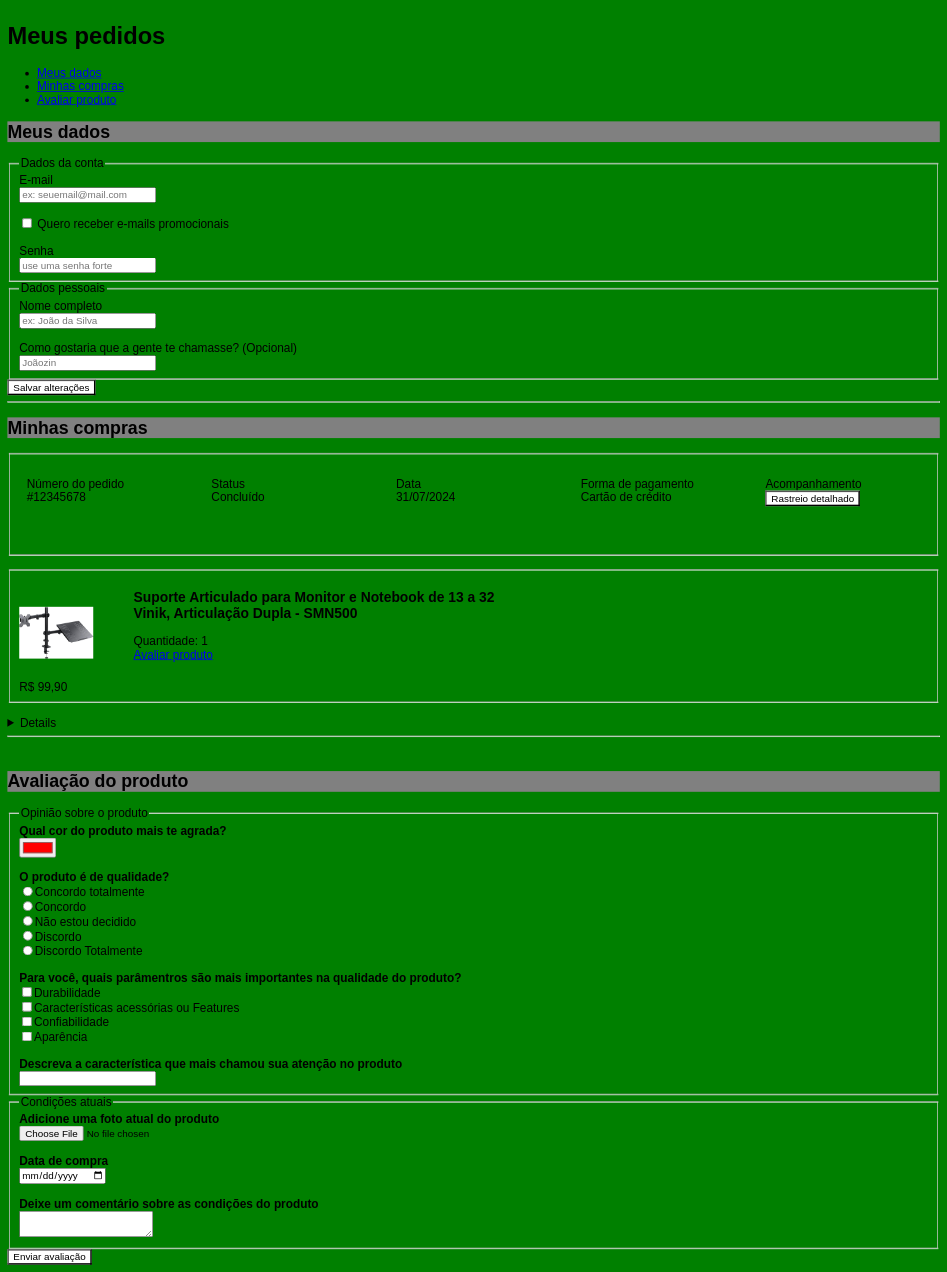
Repository: claudemir-camargo/site-compras
Page: index.html
The author's editor kept a copy of each file at every save. The page is drawn from the files as they stood at one save, then again after the next save.
The browser window is 1280 px wide. The pictures show the whole page, at 74% of full size.

Above is the page before, as saved 2024-03-10 00:47:02.

### index.html
<!DOCTYPE html>
<html lang="en">

<head>
    <meta charset="UTF-8">
    <meta name="viewport" content="width=device-width, initial-scale=1.0">
    <link rel="stylesheet" type="text/css" href="css/style.css" />
    <title>Site de Compras</title>
</head>

<body>
    <h1>Meus pedidos</h1>
    <ul>
        <li><a href="#meus-dados">Meus dados</a></li>
        <li><a href="#minhas-compras">Minhas compras</a></li>
        <li><a href="#avaliacao-produto">Avaliar produto</a></li>
    </ul>
    <h2 id="meus-dados">Meus dados</h2>
    <!-- Conta -->
    <fieldset>
        <legend>Dados da conta</legend>
        <form>
            <label>E-mail</label><br>
            <input type="email" id="email" name="email" placeholder="ex: seuemail@mail.com"><br><br>
            <input type="checkbox">
            <label>Quero receber e-mails promocionais</label><br><br>
            <label>Senha</label><br>
            <input type="password" placeholder="use uma senha forte">
        </form>
    </fieldset>
    <!-- Pessoais -->
    <fieldset>
        <legend>Dados pessoais</legend>
        <form>
            <label>Nome completo</label><br>
            <input type="text" placeholder="ex: João da Silva"><br><br>
            <label>Como gostaria que a gente te chamasse? (Opcional) </label><br>
            <input type="text" placeholder="Joãozin">
        </form>
    </fieldset>
    <button type="button">Salvar alterações</button>
    <hr>
    <!-- Minhas compras -->
    <h2 id="minhas-compras">Minhas compras</h2>
    <fieldset>
        <div class="container">
            <div id="div1">
                <p>Número do pedido<br>#12345678</p>
            </div>
            <div id="div2">
                <p>Status<br>Concluído</p>
            </div>
            <div id="div3">
                <p>Data<br>31/07/2024</p>
            </div>
            <div id="div4">
                <p>Forma de pagamento<br>Cartão de crédito</p>
            </div>
            <div id="div5">
                <p>Acompanhamento<br><a href="#rastreioModal"><button>Rastreio detalhado</button></a></p>
            </div>
        </div>
    </fieldset>
    <div id="rastreioModal" class="modal">
        <h2>Rastreio detalhado</h2>
        <p>Seu pedido foi entregue com sucesso!<br>
            Entregue por: GFL<br>
            Código de rasteeio: 123456789<br>
            Entregue em: 31/07/2024<br>
        </p>
        <a href="#">Fechar</a>
    </div>

    <!-- Produto -->
    <br>
    <fieldset>
        <div class="container1">
            <div class="imagem"><img src="img/suporte.jpg" alt="Suporte"></div>
        <div class="produto">
            <h3>
                <p>Suporte Articulado para Monitor e Notebook de 13 a 32 Vinik,
                    Articulação Dupla - SMN500</p>
            </h3>
            Quantidade: 1<br>
            <a href="#avaliacao-produto">Avaliar produto</a><br>
        </div>
        <div class="preco">R$ 99,90</div>
        </div>
    </fieldset>
    <br>
    <details tag="Detalhes de Envio e Pagamento">
        <p></p>
        <strong>Endereço de entrega</strong><br>
        Avenida Estelita Falcão<br>
        Número 12, Centro<br>
        CEP 48170-970 - Itapetininga/São Paulo
        <br><br>
        <strong>Forma de Pagamento</strong><br>
        Cartão de crédito<br>
        Master Card **** **** **** 1234<br>
        Titular: Claudemir Camargo
        <br><br>
        <strong>Frete</strong>
        R$ 15,50<br>
        Enviado por GFL<br>
        Entregue
    </details>
    <hr>
    <br>
    <form>
        <h2 id="avaliacao-produto">Avaliação do produto</h2>
        <fieldset>
            <legend>Opinião sobre o produto</legend>
            <label><strong>Qual cor do produto mais te agrada?</strong></label><br>
            <input type="color" value="#ff0000"><br><br>
            <label><strong>O produto é de qualidade?</strong></label><br>
            <input type="radio" name="qualidade"><label>Concordo totalmente</label><br>
            <input type="radio" name="qualidade"><label>Concordo</label><br>
            <input type="radio" name="qualidade"><label>Não estou decidido</label><br>
            <input type="radio" name="qualidade"><label></label>Discordo</label><br>
            <input type="radio" name="qualidade"><label></label>Discordo Totalmente</label>
            <br><br>
            <label><strong>Para você, quais parâmentros são mais importantes na qualidade do
                    produto?</strong></label><br>
            <input type="checkbox"><label>Durabilidade</label><br>
            <input type="checkbox"><label>Características acessórias ou Features</label><br>
            <input type="checkbox"><label>Confiabilidade</label><br>
            <input type="checkbox"><label>Aparência</label>
            <br><br>
            <label><strong>Descreva a característica que mais chamou sua atenção no produto</strong></label><br>
            <input list="browsers" name="browser" id="browser">
            <datalist id="browsers">
                <option value="Cor">
                <option value="Tamanho">
                <option value="Peso">
                <option value="Material">
            </datalist>
        </fieldset>
        <fieldset>
            <legend>Condições atuais</legend>
            <label><strong>Adicione uma foto atual do produto</strong></label><br>
            <input type="file">
            <br><br>
            <label><strong>Data de compra</strong></label><br>
            <input type="date">
            <br><br>
            <label><strong>Deixe um comentário sobre as condições do produto</strong></label><br>
            <textarea name="comentario"></textarea>
        </fieldset>
        <button type="button">Enviar avaliação</button>
    </form>
</body>

</html>

### css/style.css
* {
    font-family: Arial, Helvetica, sans-serif;
}

h2 {
    border-top: 30px black;
    background-color: gray;
}

img {
    height: 70px;
    width: 100px;
}

body{
    margin: 5px;
    padding: 5px;
    background-color: green;
}

button {
    background-color:white;

}

.container {
    display: flex;
    gap: 20px;
}

#div1, #div2, #div3, #div4, #div5 {
    flex: 1;
    width: 100px;
    height: 100px;
    display: inline-block;
    padding: 10px;
}

.container1 {
    display: inline-block;
    /*gap: 33px;*/
}

#imagem, #produto, #preco {
    flex: 1;
    display: inline;
    padding: 10px;
}

.imagem {
    width: 150px;
    height: 100px;
    display: inline-block;
}

.produto {
    width: 500px;
    height: 100px;
    display: inline-block;
}

.modal {
    display: none;
    position: fixed;
    top: 50%;
    left: 50%;
    transform: translate(-50%, -50%);
    background-color: #f9f9f9;
    padding: 20px;
    border: 1px solid #ccc;
    box-shadow: 0 2px 10px rgba(0, 0, 0, 0.1);
    z-index: 1000;
}

.modal:target {
    display: block;
}

After the next save:
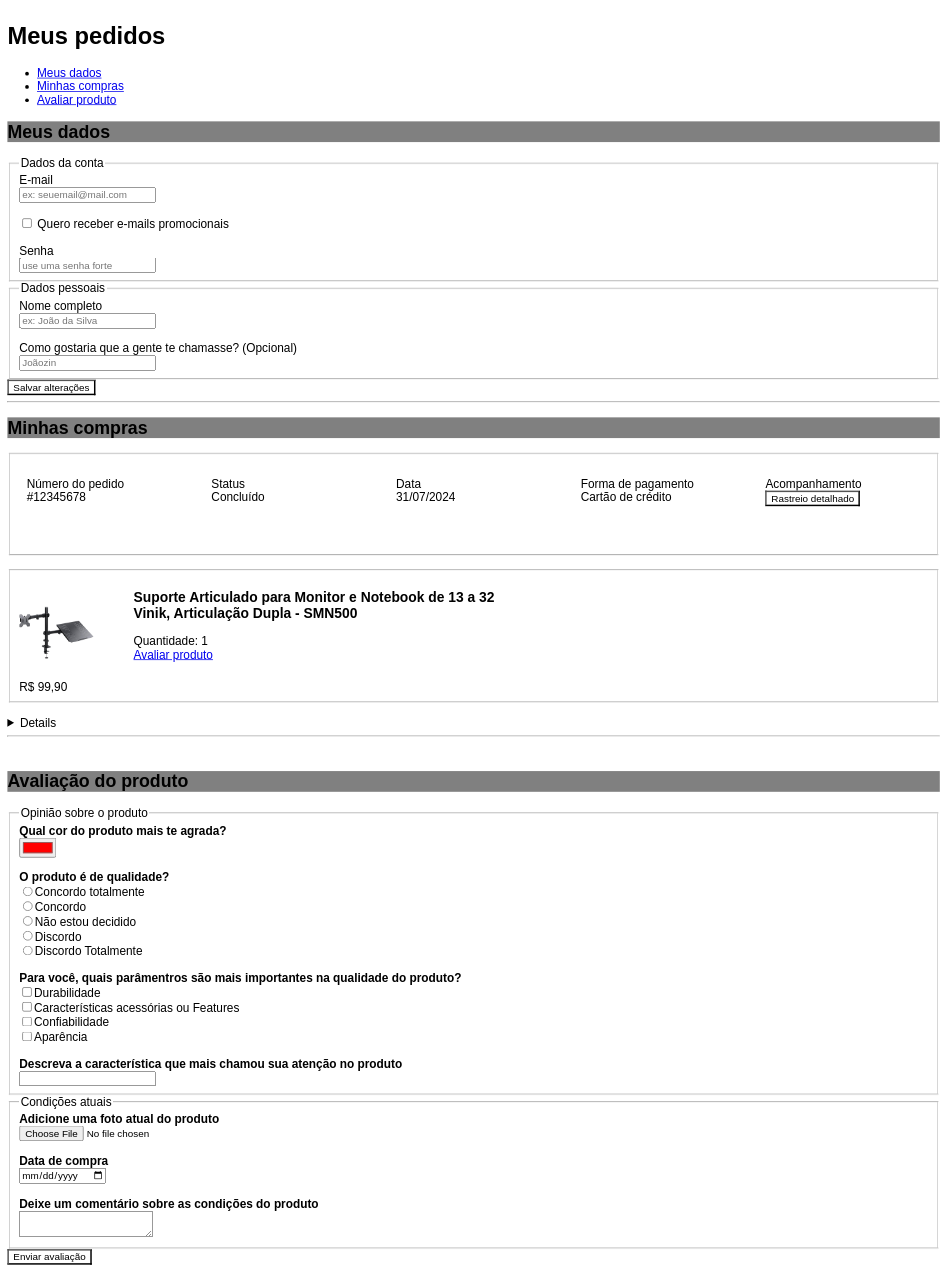
Saved 78 s later.
--- a/css/style.css
+++ b/css/style.css
@@ -15,7 +15,7 @@ img {
 body{
     margin: 5px;
     padding: 5px;
-    background-color: green;
+    /*background-color: green;*/
 }
 
 button {
